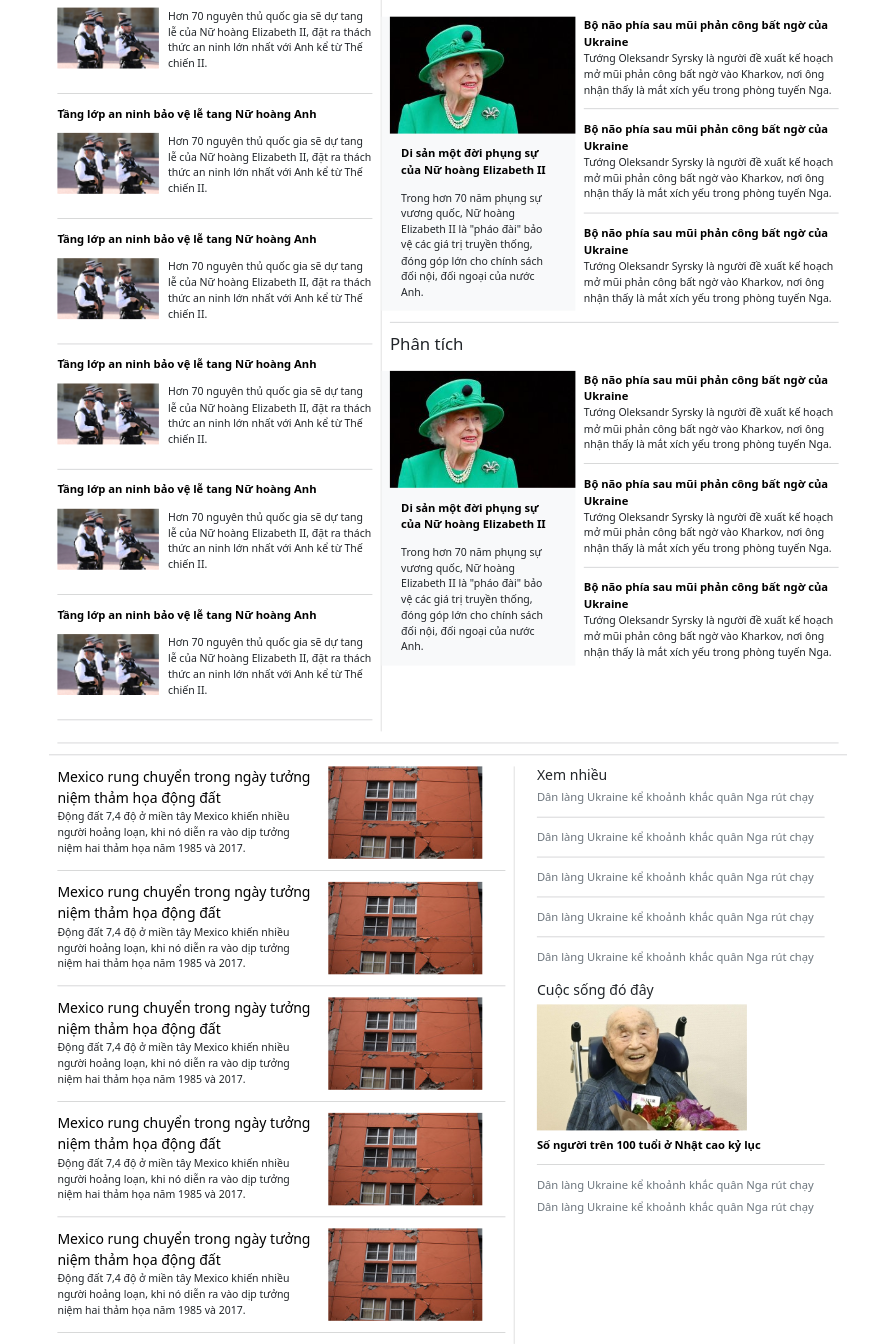
Repository: trongtamdev/lession1_html_sleepcloud
Page: vnExpress.html
These files come from the project's save history. The page is drawn as it stood at one moment and after the next save; the edit follows.
The browser window is 1280 px wide. The pictures show the part of the page from y = 707 to 2627 px (the page is 2627 px tall), at 70% of full size.

Above is the page before, as saved 2022-09-20 15:39:26.

After the next save:
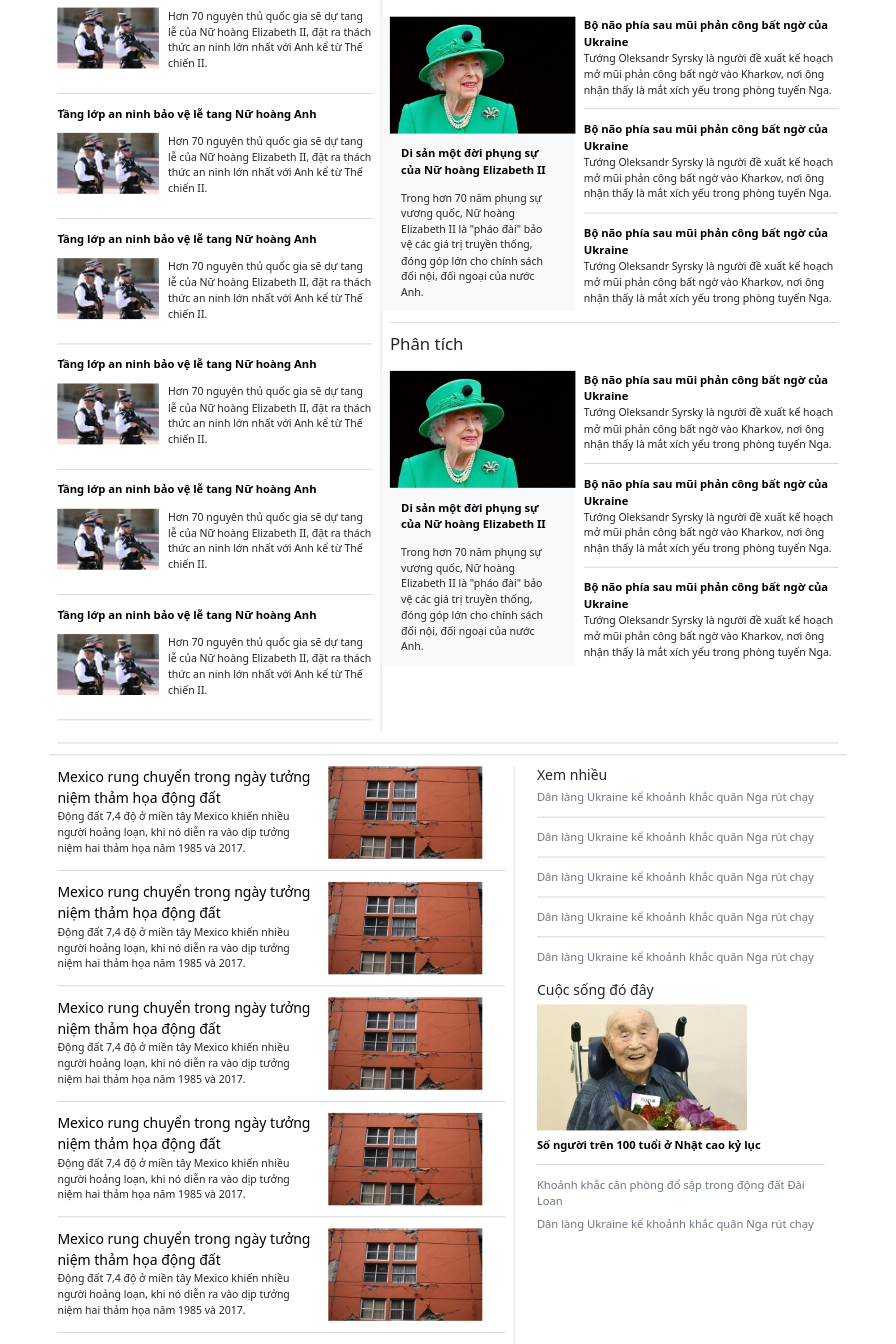
Saved 16 s later.
--- a/vnExpress.html
+++ b/vnExpress.html
@@ -506,7 +506,7 @@
               <hr />
               <div class="my-2">
                 <a class="text-muted" href="#"
-                  >Dân làng Ukraine kể khoảnh khắc quân Nga rút chạy
+                  >Khoảnh khắc căn phòng đổ sập trong động đất Đài Loan
                 </a>
               </div>
               <div class="my-2">
